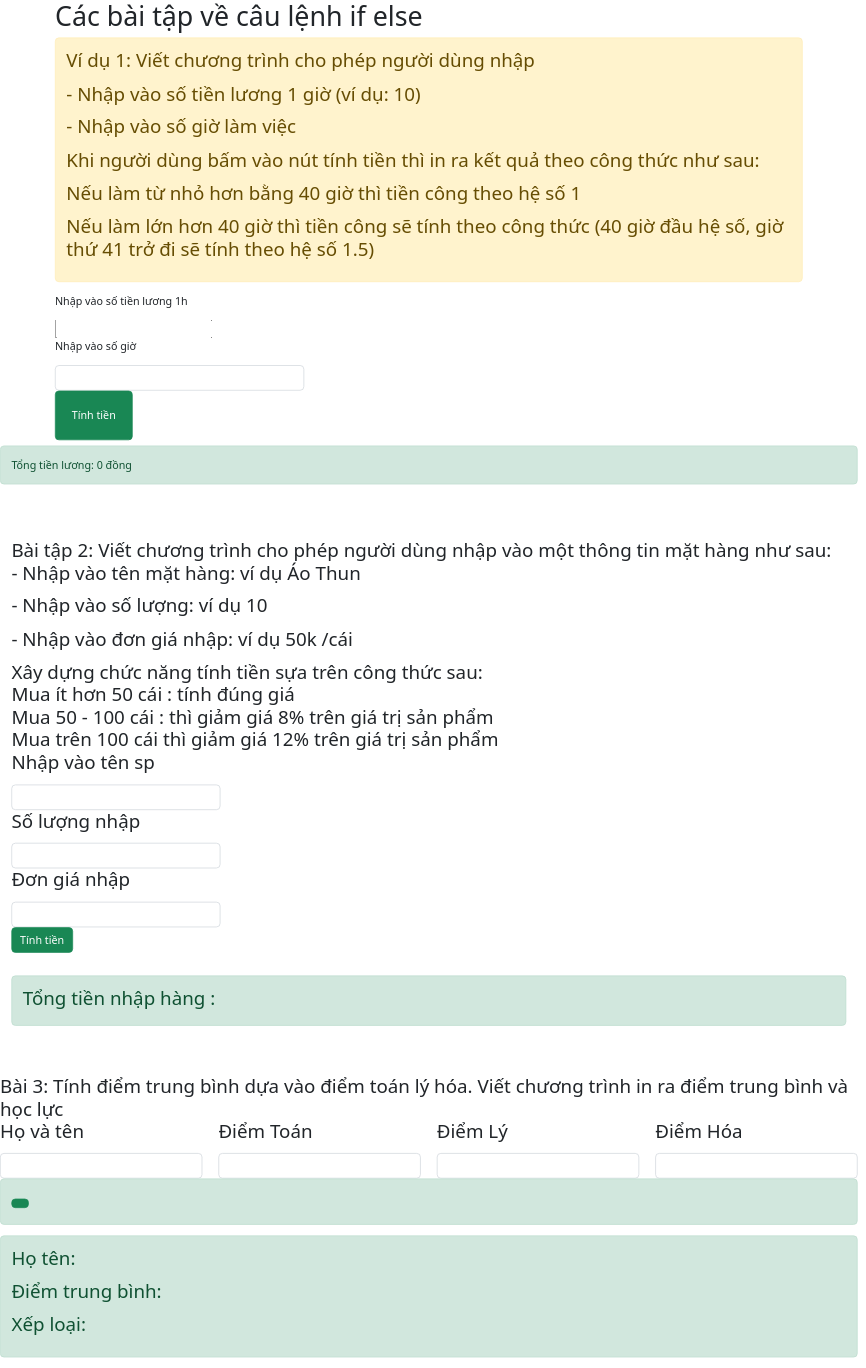
Repository: hcozyph/cyberSoft_JS_fulldocs
Page: JS_4/index.html
The author's editor kept a copy of each file at every save. The page is drawn from the files as they stood at one save, then again after the next save.
The browser window is 1280 px wide. The page is 1292 px wide, so the pictures cover 1292 px, including what lies to the right of the window. The pictures show the whole page, at 67% of full size.

Above is the page before, as saved 2023-02-05 09:06:21.

### JS_4/index.html
<!DOCTYPE html>
<html lang="en">
    <head>
        <title>Title</title>
        <!-- Required meta tags -->
        <meta charset="utf-8" />
        <meta
            name="viewport"
            content="width=device-width, initial-scale=1, shrink-to-fit=no"
        />

        <!-- Bootstrap CSS v5.2.1 -->
        <link
            href="https://cdn.jsdelivr.net/npm/bootstrap@5.2.1/dist/css/bootstrap.min.css"
            rel="stylesheet"
            integrity="sha384-iYQeCzEYFbKjA/T2uDLTpkwGzCiq6soy8tYaI1GyVh/UjpbCx/TYkiZhlZB6+fzT"
            crossorigin="anonymous"
        />

        <!-- link index.css -->
        <link rel="stylesheet" href="./CSS/index.css" />
    </head>

    <body>
        <div class="container">
            <h1>Các bài tập về câu lệnh if else</h1>
            <h3 class="alert alert-warning">
                <p>Ví dụ 1: Viết chương trình cho phép người dùng nhập</p>

                <p>- Nhập vào số tiền lương 1 giờ (ví dụ: 10)</p>

                <p>- Nhập vào số giờ làm việc</p>

                <p>
                    Khi người dùng bấm vào nút tính tiền thì in ra kết quả theo
                    công thức như sau:
                </p>

                <p>Nếu làm từ nhỏ hơn bằng 40 giờ thì tiền công theo hệ số 1</p>

                <p>
                    Nếu làm lớn hơn 40 giờ thì tiền công sẽ tính theo công thức
                    (40 giờ đầu hệ số, giờ thứ 41 trở đi sẽ tính theo hệ số 1.5)
                </p>
            </h3>

            <div class="from-group-row">
                <div class="col-4">
                    <p>Nhập vào số tiền lương 1h</p>
                    <input type="" id="tienLuong1h" class="from-control" />
                </div>

                <div class="col-4">
                    <p>Nhập vào số giờ</p>
                    <input type="text" id="soGioLam" class="form-control" />
                </div>

                <div class="col-4">
                    <button
                        id="btnTinhTien"
                        class="btn btn-success d-inline-block p-4"
                        onclick="tinhTienLuong()"
                    >
                        Tính tiền
                    </button>
                </div>
            </div>
        </div>

        <div class="form-group mt-2">
            <p class="alert alert-success">
                Tổng tiền lương: <span id="tongLuong">0 đồng</span>
            </p>
        </div>

        <br />
        <br />

        <h3 class="alert alert-morning">
            Bài tập 2: Viết chương trình cho phép người dùng nhập vào một thông
            tin mặt hàng như sau:

            <p>- Nhập vào tên mặt hàng: ví dụ Áo Thun</p>

            <p>- Nhập vào số lượng: ví dụ 10</p>

            <p>- Nhập vào đơn giá nhập: ví dụ 50k /cái</p>

            Xây dựng chức năng tính tiền sựa trên công thức sau:
            <br />
            Mua ít hơn 50 cái : tính đúng giá
            <br />
            Mua 50 - 100 cái : thì giảm giá 8% trên giá trị sản phẩm
            <br />
            Mua trên 100 cái thì giảm giá 12% trên giá trị sản phẩm

            <div class="form-group-row">
                <div class="col-3">
                    <p>Nhập vào tên sp</p>
                    <input
                        type="text"
                        name=""
                        id="tenSanPham"
                        class="form-control"
                    />
                </div>

                <div class="col-3">
                    <p>Số lượng nhập</p>
                    <input
                        type="text"
                        name=""
                        id="soLuongNhap"
                        class="form-control"
                    />
                </div>

                <div class="col-3">
                    <p>Đơn giá nhập</p>
                    <input
                        type="text"
                        name=""
                        id="soLuongNhap"
                        class="form-control"
                    />
                </div>

                <div class="col-3">
                    <button
                        id="btnTinhTienHang"
                        class="btn btn-success"
                        onclick="tinhTienHang()"
                    >
                        Tính tiền
                    </button>
                </div>
            </div>

            <br />

            <div class="alert alert-success">
                <h3>Tổng tiền nhập hàng : <span id="tongTienHang"></span></h3>
            </div>
        </h3>
        <br />

        <h3>
            Bài 3: Tính điểm trung bình dựa vào điểm toán lý hóa. Viết chương
            trình in ra điểm trung bình và học lực

            <div class="form-group row">
                <div class="col-3">
                    <p>Họ và tên</p>
                    <input type="text" class="form-control" id="hoVaTen" />
                </div>

                <div class="col-3">
                    <p>Điểm Toán</p>
                    <input type="text" class="form-control" id="diemToan" />
                </div>

                <div class="col-3">
                    <p>Điểm Lý</p>
                    <input type="text" class="form-control" id="diemLy" />
                </div>

                <div class="col-3">
                    <p>Điểm Hóa</p>
                    <input type="text" class="form-control" id="diemHoa" />
                </div>
            </div>

            <div class="alert alert-success">
                <button id="btnXepLoai" class="btn btn-success my-2"></button>
            </div>

            <div class="alert alert-success">
                <p>Họ tên: <span id="out-put-ho-ten"></span></p>

                <p>
                    Điểm trung bình: <span id="out-put-diem-trung-binh"></span>
                </p>

                <p>Xếp loại: <span id="out-put-xep-loai"></span></p>
            </div>
        </h3>

        <!-- Bootstrap JavaScript Libraries -->
        <script
            src="https://cdn.jsdelivr.net/npm/@popperjs/core@2.11.6/dist/umd/popper.min.js"
            integrity="sha384-oBqDVmMz9ATKxIep9tiCxS/Z9fNfEXiDAYTujMAeBAsjFuCZSmKbSSUnQlmh/jp3"
            crossorigin="anonymous"
        ></script>

        <script
            src="https://cdn.jsdelivr.net/npm/bootstrap@5.2.1/dist/js/bootstrap.min.js"
            integrity="sha384-7VPbUDkoPSGFnVtYi0QogXtr74QeVeeIs99Qfg5YCF+TidwNdjvaKZX19NZ/e6oz"
            crossorigin="anonymous"
        ></script>

        <!-- link index.js -->
        <script src="./JS/index.js"></script>
    </body>
</html>

### JS_4/JS/index.js
/////// TOÁN TỬ LUẬN LÝ
//Ví dụ 1: về TRUE & FALSE
var number1 = '10';
var number2 = 10;

/// '==' : bằng
console.log('==', number1 == number2);

/// '!=' : khác
console.log('!==', number1 != number2);

/// '===' : so sánh bằng giá trị trước và kiểu dữ liệu
console.log ('===', number1 === number2);

/// '!==' : khác và khác kiểu dữ liệu
console.log ('!==', number1 !== number2);

/// '>' : lớn hơn
console.log ('>', number1 > number2 );

/// '>=' : lớn hơn hoặc bằng
console.log ('>=', number1 >= number2 );

/////// TOÁN TỬ SO SÁNH

var bieuThucA = true;
var bieuThucB = true;
var bieuThucC = false;


/// '!' : phủ định
console.log ('phủ định', !bieuThucA)

/// '&&' : và - tất cả phải đều đúng
console.log ('và', bieuThucA && bieuThucB) //true

console.log ('và', bieuThucA && bieuThucB && bieuThucC) //false

/// '||' : hoặc - chỉ cần 1 biểu thức đúng
console.log ('và', bieuThucA || bieuThucB && bieuThucC) //false


///////////// IF

//Ví dụ 2: Tính điểm thi , xếp loại

//input
var dtb = 5 ;
var hanhKiem = 5;

//output
var ketQua = '';

//Viết chương trình xem sinh viên có đậu hay không, nếu đạu in ra console.log('Đậu'). Biết rằng trung bình trên 5 và hanhKiem trên 5 thì mới đậu

if (dtb >= 5 && hanhKiem >= 5) {
    console.log ('Đậu');
};
// else {
//     ketqua = 'Rớt'

function tinhTienLuong () {
    // input
    var tienLuong1h = document.getElementById('tienLuong1h').value;
    var soGioLam = document.getElementById('soGioLam').value;

    //output
    var tongLuong = 0;

    // process
    if (soGioLam <= 40) {
        tongLuong = soGioLam * tienLuong1h;}

    else {
        tongLuong = (soGioLam - 40) * 1.5 * tienLuong1h + soGioLam * tienLuong1h;
        console.log(tongLuong)
    };

    document.getElementById('tongLuong').innerHTML = tongLuong;
};


// var btn = document.getElementById('btnTinhTien');
// btn.onclick = tinhTienLuong;


/////BT 2:

function tinhTienHang () {
    // input
    var tenSanPham = document.getElementById('tenSanPham');

    var soLuongNhap = document.getElementById('soLuongNhap').value;

    var donGiaNhap = document.getElementById('donGiaNhap').value;

    //output
    var tongTienHang = 0;

    // process

    if (soLuongNhap < 50) {
        tongTienHang = soLuongNhap * donGiaNhap
    } else if (soLuongNhap > 100) {
        tongTienHang = soLuongNhap * donGiaNhap * 0.92
    } else {
        tongTienHang = soLuongNhap * donGiaNhap * 0.88
    }

    document.getElementById('tongTienHang').innerHTML = tongTienHang;

}

// Biểu thức 3 ngôi thay thế if else
// Ví dụ: cho 1 số tự nhiên, cho biết số đó là số chắn hay lẻ

var n = 9 ;

/*  if (n % 2 == 0) {
        console.log('số chẵn');
    else {
        console.log('số lẻ');
    }
}
*/

// 3 ngôi

/// Viết chưo

Loaded but not shown: JS_4/CSS/index.css (common file)

After the next save:
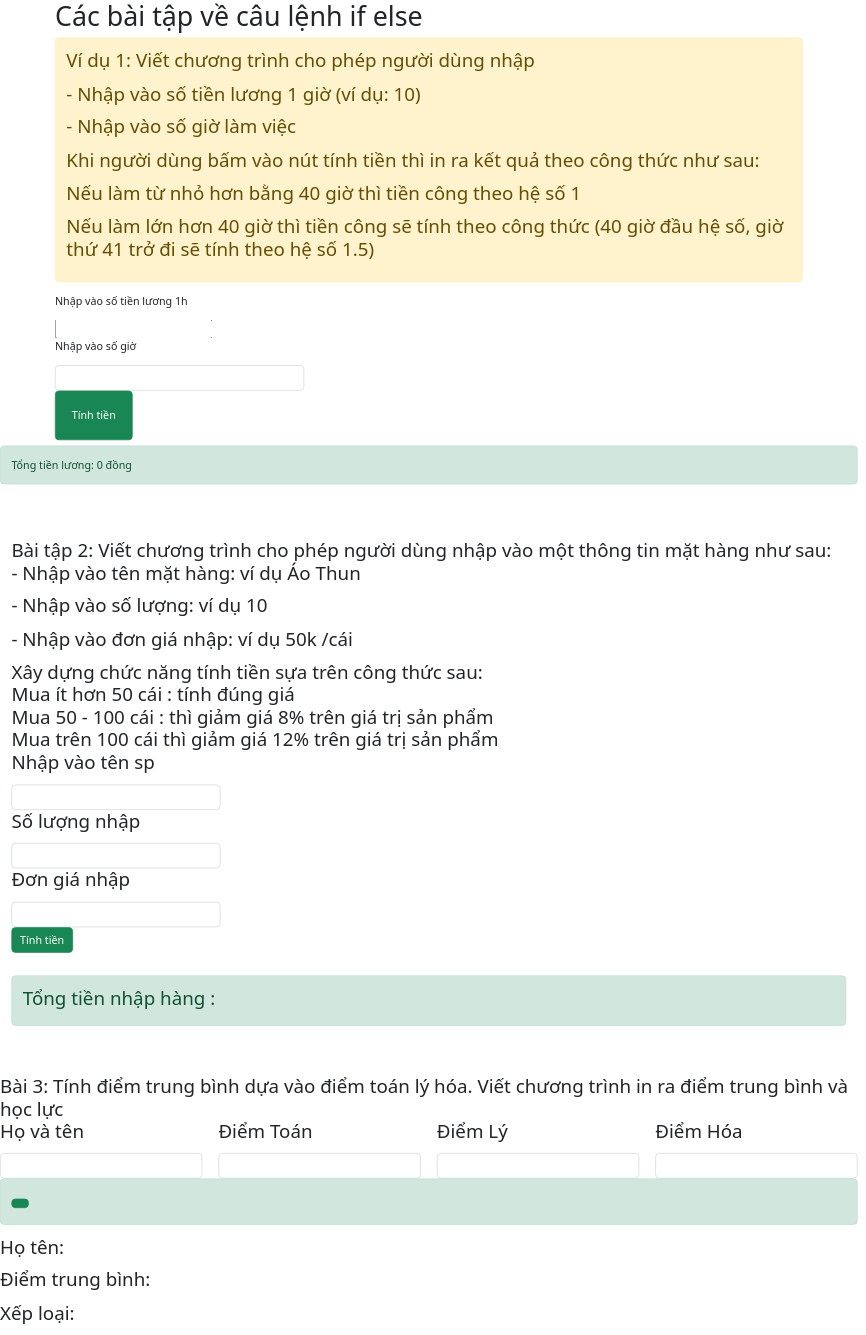
Saved 10 s later.
--- a/JS_4/index.html
+++ b/JS_4/index.html
@@ -174,7 +174,7 @@
                 <button id="btnXepLoai" class="btn btn-success my-2"></button>
             </div>
 
-            <div class="alert alert-success">
+            <div class="">
                 <p>Họ tên: <span id="out-put-ho-ten"></span></p>
 
                 <p>
